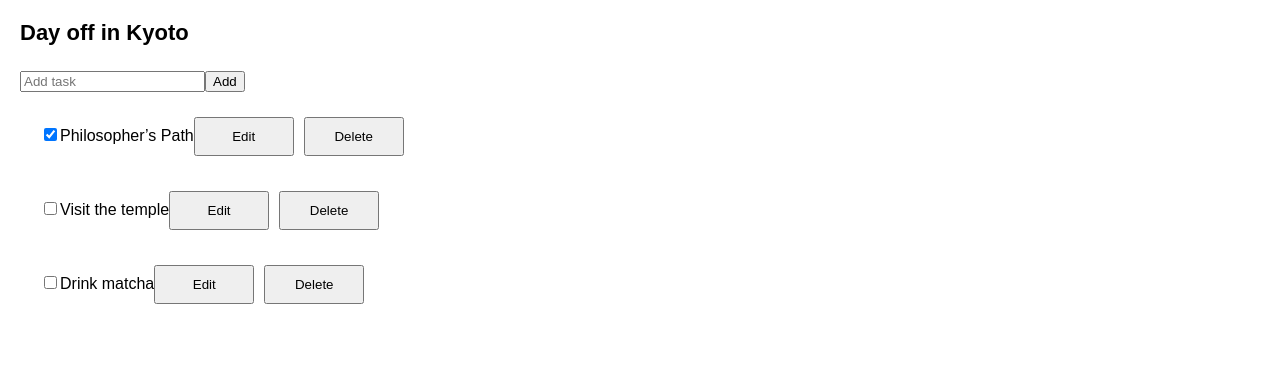
Repository: trider/my-react-app
Page: /
An editor plug-in stored every save of this project. The page is shown before and after the next save, followed by the edit.
The browser window is 1280 px wide. The pictures show the whole page.
The project was rebuilt for these pictures with package versions that can differ from the ones it lists, and the page was loaded fresh each time. Also part of the build but not shown: src/components/basic/Gallery.js, src/components/basic/Profile.js, src/components/utils.js, src/components/basic/Avatar.js, src/components/basic/GridX.js, src/components/time/Clock.js, src/components/time/Time.js, src/components/basic/ListT.js and 64 more. Imported but missing from the stored project, and not drawn on this page: src/components/stateManagement/Accoridion.

Above is the page before, as saved 2024-04-25 15:59:35.

After the next save:
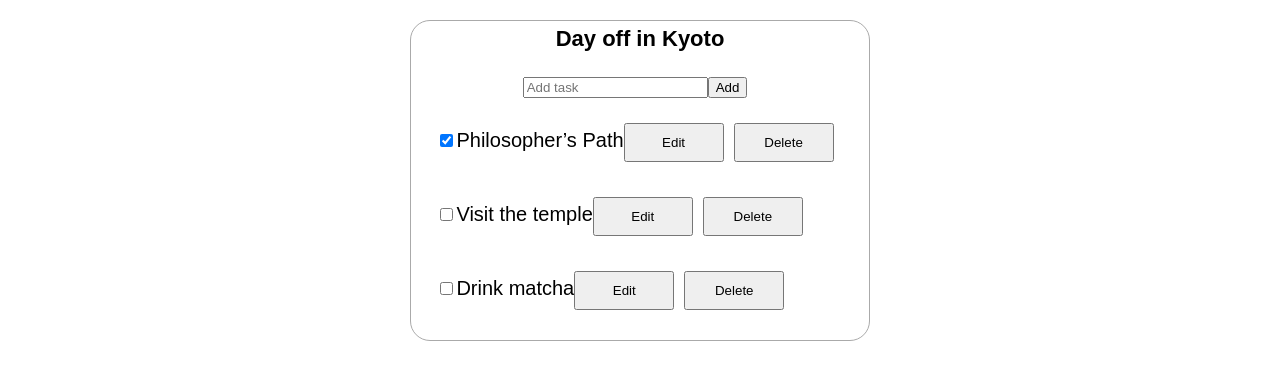
Saved 45 s later.
--- a/src/components/stateManagement/StateManagement.js
+++ b/src/components/stateManagement/StateManagement.js
@@ -67,7 +67,12 @@ const StateManagement = () => {
       {props.show.taskApp && <TaskApp />}
       {props.show.taskApp2 && <TaskApp2 />}
       {props.show.page && <Page />}
-      {props.show.taskApp3 && <TaskApp3 />}
+      {props.show.taskApp3 &&
+        <Card>
+          <TaskApp3 />
+          </Card>
+
+      }
 
     </div>
   );
